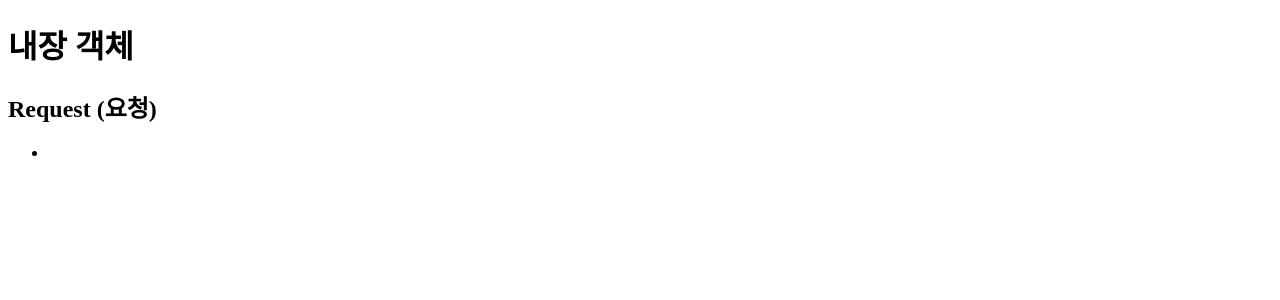
Repository: SanctusAlbino/Jsp_Servlet
Page: http://localhost/04.Implicit/
These files come from the project's save history. The page is drawn as it stood at one moment and after the next save; the edit follows.
The browser window is 1280 px wide. The pictures show the whole page.
The page is served by Tomcat 9. Other server files are loaded and not shown.

Above is the page before, as saved 2023-05-22 01:45:07.

### 04.Implicit/src/main/webapp/index.jsp
<%@ page language="java" contentType="text/html; charset=UTF-8"
    pageEncoding="UTF-8"%>
<!DOCTYPE html>
<html>
<head>
<meta charset="UTF-8">
<title>Insert title here</title>
</head>
<body>
	<h1> 내장 객체 </h1>
	<h2> Request (요청)</h2>
	<ul>
		<li><a href="Ex01_Request/Ex00_IntoReqeust.jsp"> </a></li>
	</ul>

</body>
</html>

After the next save:
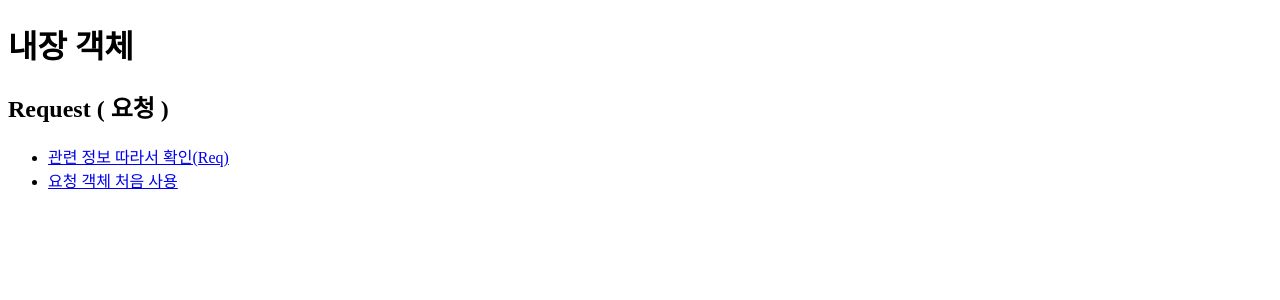
Saved 5 min 10 s later.
--- a/04.Implicit/src/main/webapp/index.jsp
+++ b/04.Implicit/src/main/webapp/index.jsp
@@ -8,9 +8,11 @@
 </head>
 <body>
 	<h1> 내장 객체 </h1>
-	<h2> Request (요청)</h2>
+	<h2> Request ( 요청 )</h2>
 	<ul>
-		<li><a href="Ex01_Request/Ex00_IntoReqeust.jsp"> </a></li>
+		<li><a href="Ex01_Request/Ex00_IntoReqeust.jsp">관련 정보 따라서 확인(Req)</a></li>
+		<li><a href="Ex01_Request/Ex01_Request.jsp">요청 객체 처음 사용</a></li>
+
 	</ul>
 
 </body>
